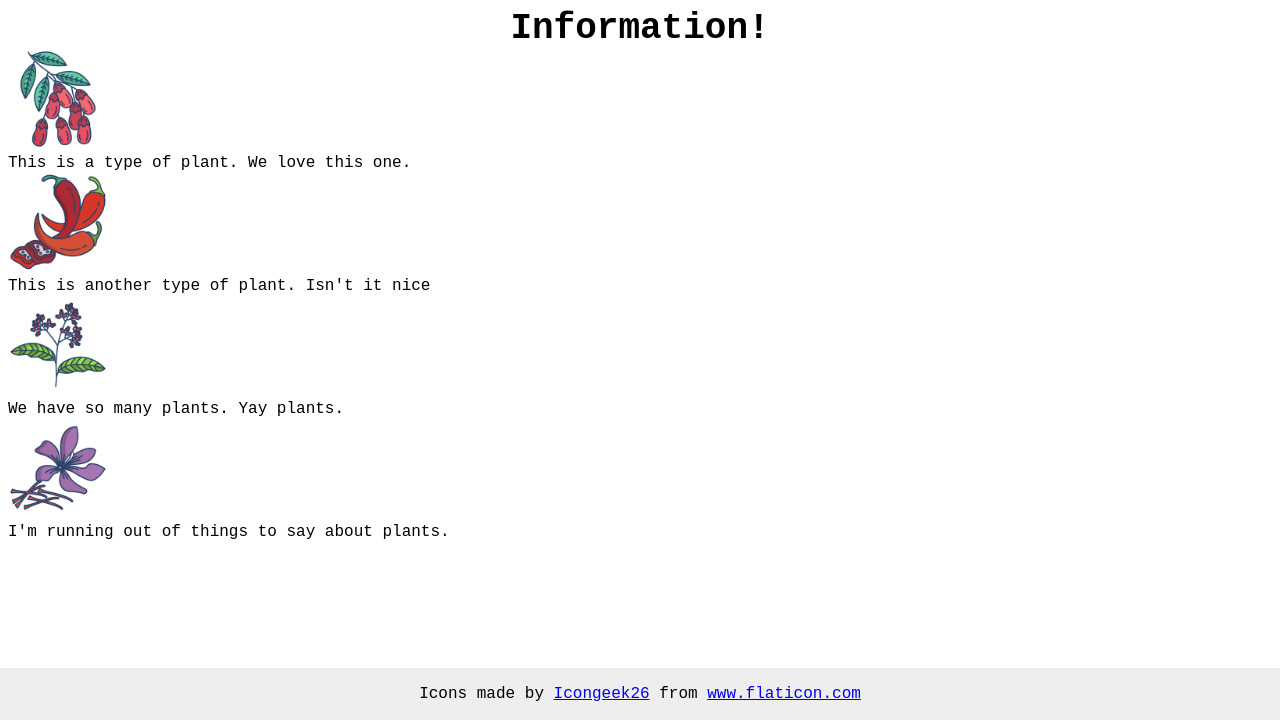
Repository: evemcd/odin_project
Page: 06-odin-css-flex/04-flex-information/index.html
These files come from the project's save history. The page is drawn as it stood at one moment and after the next save; the edit follows.
The browser window is 1280 px wide. The pictures show the whole page.

Above is the page before, as saved 2022-02-03 09:18:58.

After the next save:
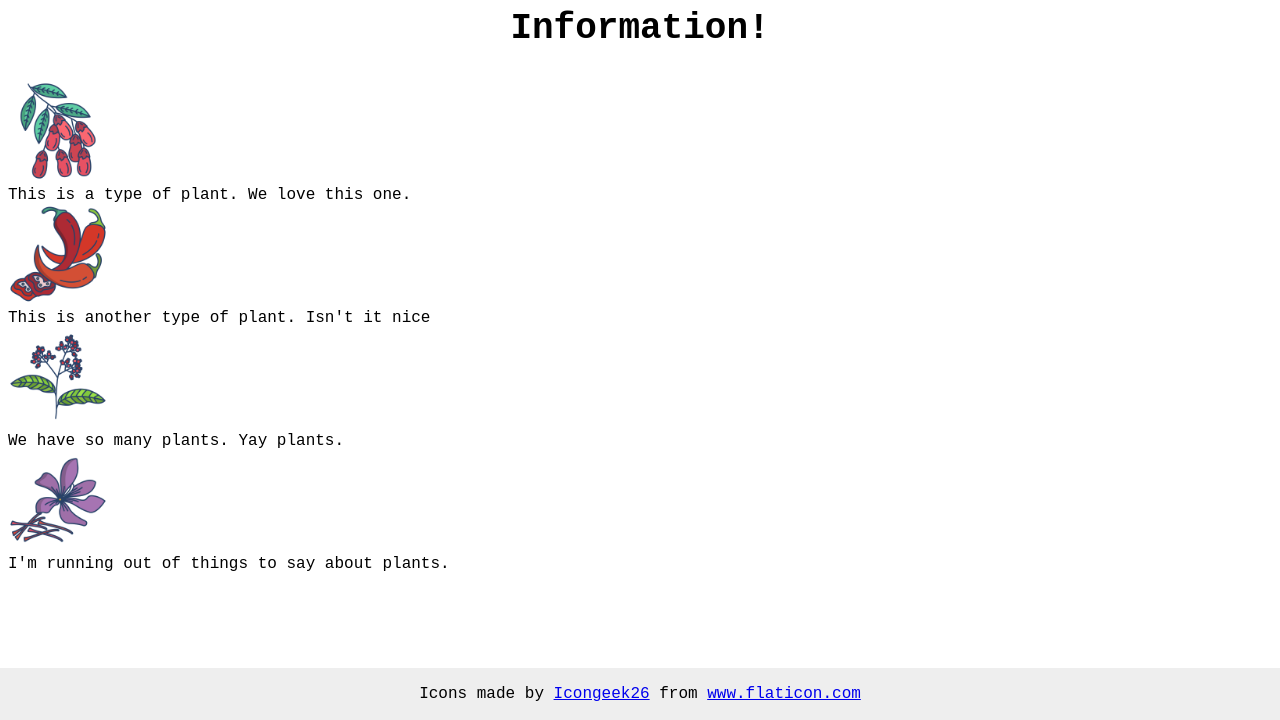
Saved 10 s later.
--- a/06-odin-css-flex/04-flex-information/style.css
+++ b/06-odin-css-flex/04-flex-information/style.css
@@ -11,6 +11,7 @@ img {
     font-size: 36px;
     font-weight: 900;
     text-align: center;
+    margin-bottom: 32px;
 }
 
 /* do not edit this footer */
